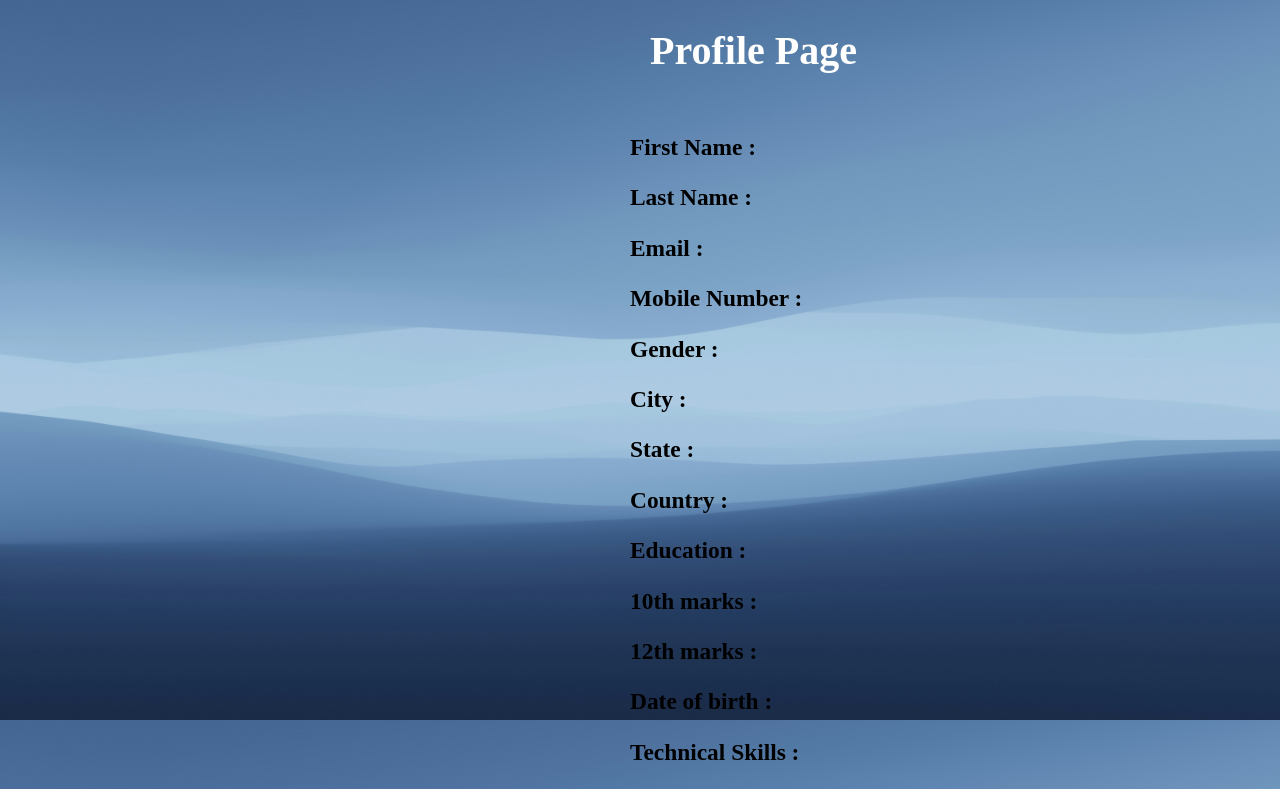
Repository: aboli-vyas/Servlet_Projects
Page: http://localhost/Sevlet_Project/Profile.jsp
These files come from the project's save history. The page is drawn as it stood at one moment and after a run of saves; the edit follows.
The browser window is 1280 px wide. The pictures show the whole page.
Backgrounds fixed to the window are drawn as part of the page. The page is served by Tomcat 10. Other server files are loaded and not shown. The template is opened directly, without the code that normally fills it, so the values that code supplies are empty.

Above is the page before, as saved 2025-06-10 14:22:39.

### Sevlet_Project/src/main/webapp/Profile.jsp
<%@ page language="java" contentType="text/html; charset=UTF-8"
    pageEncoding="UTF-8"%>
<!DOCTYPE html>
<html>
<head>
<meta charset="UTF-8">
<title>Insert title here</title>
<link rel="stylesheet" href="style4.css">
</head>
<body>
<form action="logout" method="post">
<button>Logout</button>
<h1>Profile Page</h1>


<div class="container">
	<h3>First Name :${First_Name}</h3>

	<h3>Last Name :${Last_Name}</h3>

	<h3>Email :${Email}</h3>

	<h3>Mobile Number :${Mobile_Number}</h3>

	<h3>Gender :${Gender}</h3>

	<h3>City :${City}</h3>

	<h3>State :${State}</h3>

	<h3>Country :${Country}</h3>

    <h3>Education :${Education}</h3>

    <h3>10th marks :${tenth_Marks}</h3>

    <h3>12th marks :${twelth_Marks}</h3>

    <h3>Date of birth :${Date_of_Birth}</h3>

	<h3>Technical Skills :${Technical_Skills}</h3>
</div>
</form>
</body>

</html>

### Sevlet_Project/src/main/webapp/style4.css
body {
    background: linear-gradient(120deg, #f6f9fc, #e0f7fa);
    background-image: url("Images/bg4.jpg");
    background-size: cover;
    background-position: center;
    background-repeat: no-repeat;
    background-attachment: fixed;
    margin: 0;

}
button{
	margin-left: 1300px;
	border-radius: 10px;
	width:100px;
	height:40px;
	background-color: red;
	color: white;
	position: fixed;
	border:none;
	font-size: 20px;
	font-weight:bold;
}
h1{
	margin-left: 650px;
	color: white;
	font-size: 40px;

}
.container{
	margin-left: 630px;
	margin-top: 10px;
	font-size: 20px;
	scroll-margin-top: 60px;
	position: absolute;

}

After the next 2 saves:
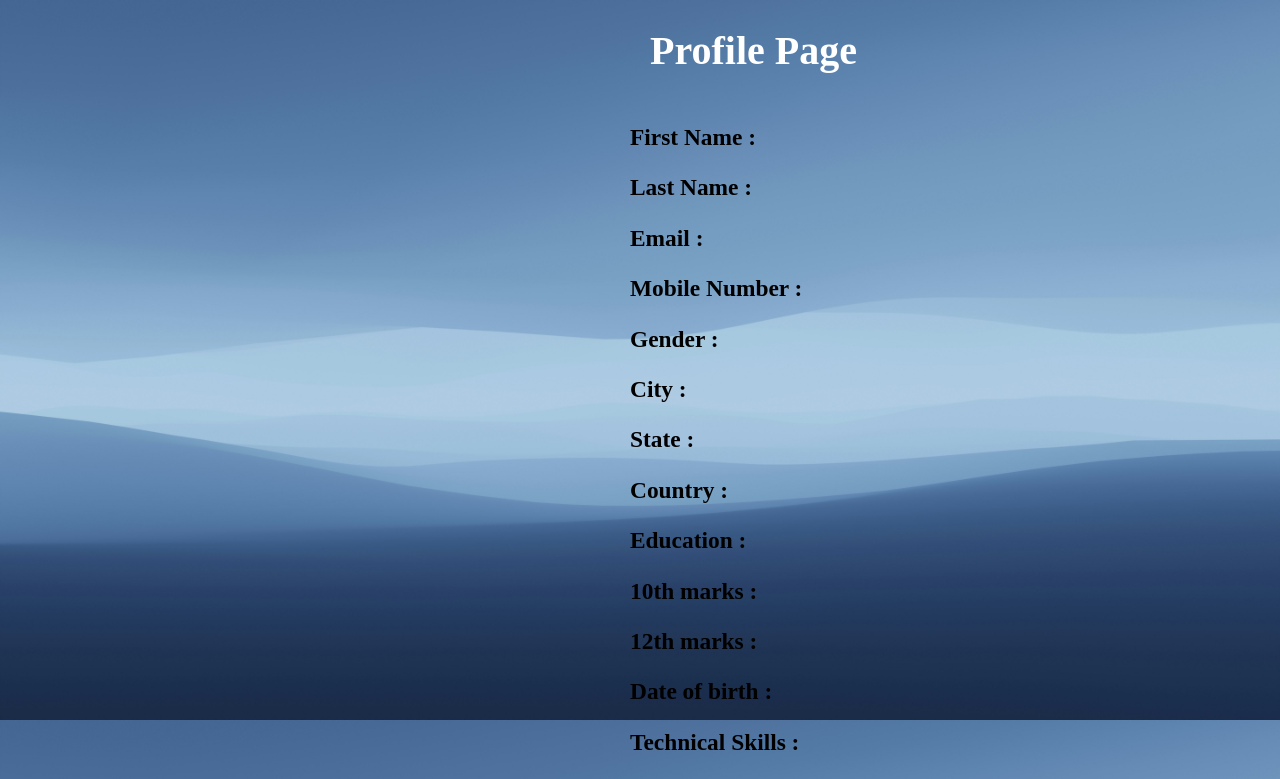
The 2 saves are shown as one change because they came seconds apart.
The last was saved 16 s later.
--- a/Sevlet_Project/src/main/webapp/style4.css
+++ b/Sevlet_Project/src/main/webapp/style4.css
@@ -28,7 +28,6 @@ h1{
 }
 .container{
 	margin-left: 630px;
-	margin-top: 10px;
 	font-size: 20px;
 	scroll-margin-top: 60px;
 	position: absolute;
